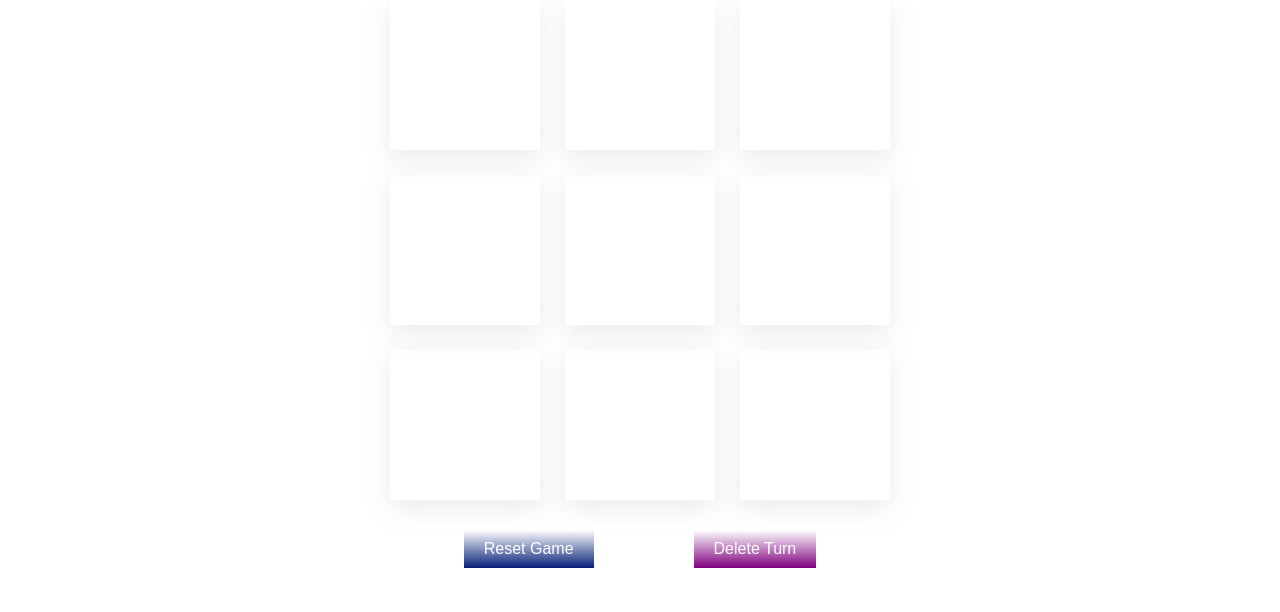
Repository: 16-Doffy/FE-Js
Page: /
An editor plug-in stored every save of this project. The page is shown before and after the next save, followed by the edit.
The browser window is 1280 px wide. The pictures show the whole page.
The project was rebuilt for these pictures with package versions that can differ from the ones it lists, and the page was loaded fresh each time. Also part of the build but not shown: src/App.css, src/components/state/ToggleStyles.css, src/components/state/Toggle.js.

Above is the page before, as saved 2025-01-07 17:00:50.

### src/App.js
import "./App.css";
import Toggle from "./components/state/Toggle";
import Game from "./components/tictacle/Game";

function App() {
  return (
    <div>
      {/* <Toggle /> */}
      <Game />
    </div>
  );
}

export default App;
//children middle YtList

### src/components/tictacle/Game.js
import React, { useState } from 'react';
import Board from './Board';
import "./GameStyle.css";
import { calwinner } from '../../helper';
const Game = () => {
    const[board , setBoard] =useState(Array(9).fill(null));
    const [xIsNext , setXIsNext] = useState(true);
    const winner = calwinner(board);
    const handleClick = (index) => {
        const boardCoppy = [...board];
        if(winner || boardCoppy[index])
            return;
        boardCoppy[index] = xIsNext ? 'X' : 'O';

        setBoard(boardCoppy);
        setXIsNext((xIsNext) => !xIsNext);
    };
    const handleResetGame = () => {
        setBoard(Array(9).fill(null));
        setXIsNext(true); // luôn là X đầu
    }
    return (
        <div>
          <Board cells={board} onClick={handleClick}/>
         {winner && <div class="game-winner">
                Winner is {winner}
          </div>}
          <div class="button-ac">
          <button className='game-reset' onClick={handleResetGame}>Reset Game </button>
          <button className='game-resut' onClick={handleResetGame}>Delete Turn</button>
        </div>
        </div>
    );
};

export default Game;

### src/components/tictacle/Board.js
import React from "react";
import Cell from "./Cell";

const Board = (props) => {
  return (
    <div className="game-board">
      {props.cells.map((item, index) => (
        <Cell
         key={index}
        value={item}
        onClick={() => props.onClick(index)}
        className={ item === 'X' ? 'is-x' : item === 'O' ? 'is-o' : ""}
        />
      ))}
    </div>
  );
};

export default Board;

### src/components/tictacle/GameStyle.css
.game-board {
    margin: 0 auto;
    width: 500px;
    height: 500px;
    display: grid;
    grid-template-columns: repeat(3, 1fr);
    grid-template-rows: repeat(3, 1fr);
    gap: 25px;

}
.game-cell {
    cursor: pointer;
    display: flex;
    align-items: center;
    justify-content: center;
    font-size: 90px;
    box-shadow: rgb(149, 157, 166, 0.2) 0 8px 24px;
}
.game-cell.is-x {
    color: rgba(49, 49, 182, 0.678);
    background-image: linear-gradient(to bottom, rgba(255, 255, 255, 0.753), rgba(8, 8, 163, 0.521));
}
.game-cell.is-o {
    color: rgba(204, 176, 20, 0.952);
    background-image: linear-gradient(to bottom, rgba(255, 255, 255, 0.753), rgba(214, 105, 3, 0.521));
}
.game-reset {
    padding: 10px 20px;
    color: white;
    background-image: linear-gradient(to bottom,white,rgb(5, 32, 121));
    font-size: 16px;
    border: none;
    outline: none;
}
.game-resut {
    padding: 10px 20px;
    color: white;
    background-image: linear-gradient(to bottom,white,purple);
    font-size: 16px;
    border: none;
    outline: none;
}
.game-winner{
    padding: 25px;
    width: 10%;
    font-size: 30px;
    padding-left: 400px;
    color: rgb(230, 17, 63);
    background-image: linear-gradient(to right,rgb(240, 4, 4),rgb(255, 250, 250));
}
.button-ac {
    display: flex;
    margin-top: 30px;
    align-items: center;
    justify-content: center;
    gap: 100px;
}

### src/helper.js
export function calwinner(cells) {
  const lines = [
    [0, 1, 2],
    [3, 4, 5],
    [6, 7, 8],
    [0, 3, 6],
    [1, 4, 7],
    [2, 5, 8],
    [0, 4, 8],
    [2, 4, 6],
  ];
  for (let index = 0; index < lines.length; index++) {
    const [a, b, c] = lines[index];
    if (cells[a] && cells[a] === cells[b] && cells[a] === cells[c]) {
      return cells[a];
    }
  }
  return null;
}

### src/components/tictacle/Cell.js
import React from "react";

const Cell = ({ value, onClick, className }) => {
  console.log(value, onClick);

  return (
    <div className={`game-cell ${className}`} onClick={onClick}>
      {value}
    </div>
  );
};

export default Cell;




// ex: const props = {
//     value: 'X',
//     onClick:() => value
// }
//ob destructuring
//   const student = {
//     name:'doffy',
//     age:'23'
// };
// const name = student.name;
// const age = student.age;
// const {name, age} = student;
// const Cell = (props) => {
//     const {value , onClick} =props;
//     console.log(value,onClick);

Loaded but not shown: public/index.html (common file); src/index.js (common file); src/index.css (common file); src/reportWebVitals.js (common file)

After the next save:
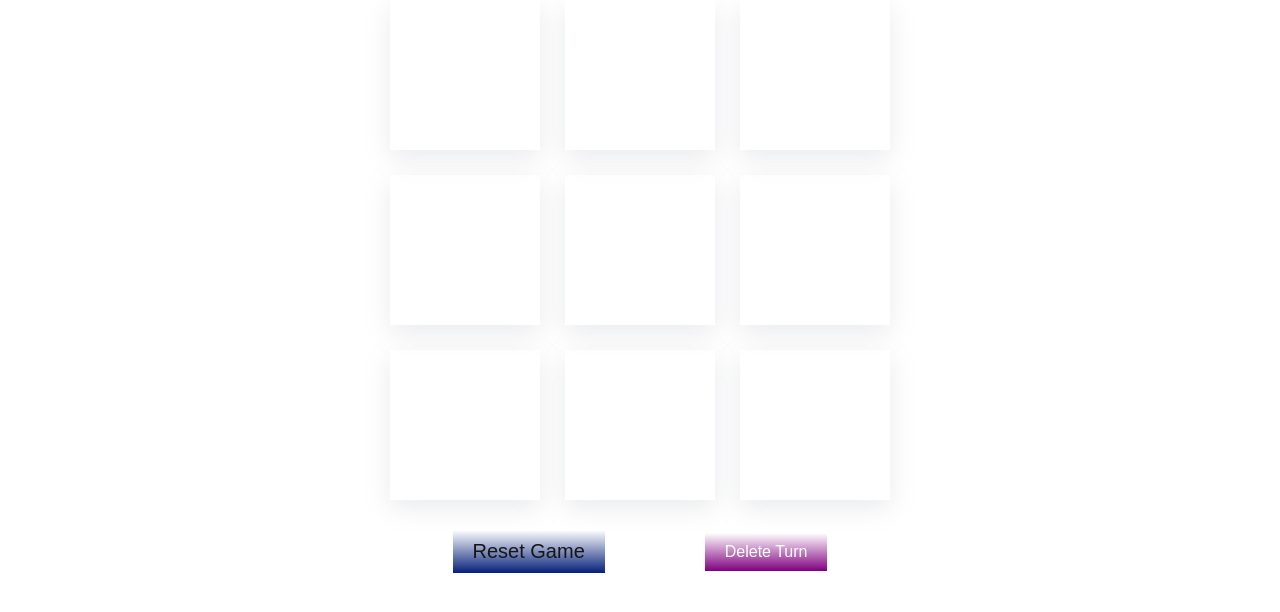
Saved 11 s later.
--- a/src/components/tictacle/GameStyle.css
+++ b/src/components/tictacle/GameStyle.css
@@ -26,9 +26,9 @@
 }
 .game-reset {
     padding: 10px 20px;
-    color: white;
+    color: rgb(22, 21, 21);
     background-image: linear-gradient(to bottom,white,rgb(5, 32, 121));
-    font-size: 16px;
+    font-size: 20px;
     border: none;
     outline: none;
 }
